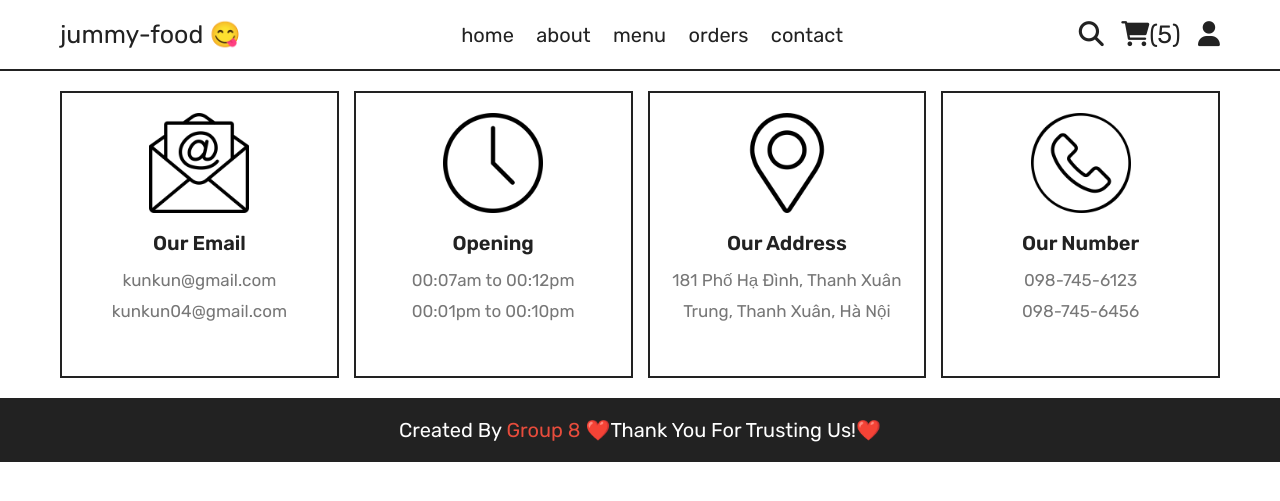
Repository: VuongLinhDinh/jummy_food
Page: register.html
An editor plug-in stored every save of this project. The page is shown before and after the next save, followed by the edit.
The browser window is 1280 px wide. The pictures show the whole page.
Some web libraries are served in a nearby version.

Above is the page before, as saved 2023-11-10 00:13:03.

### register.html
<!DOCTYPE html>
<html lang="en">
<head>
    <meta charset="UTF-8">
    <meta name="viewport" content="width=device-width, initial-scale=1.0">
    <title>Register</title>
    <!-- font awesome cdn link -->
    <link rel="stylesheet" href="https://cdnjs.cloudflare.com/ajax/libs/font-awesome/6.1.1/css/all.min.css">
    <!-- custom css -->
    <link rel="stylesheet" href="./css/style.css">
</head>
<body>
    <!-- header section starts  -->
    <header class="header">
        <section class="flex">
            <a href="home.html" class="logo">jummy-food 😋</a>
            <nav class="navbar">
                <a href="home.html">home</a>
                <a href="about.html">about</a>
                <a href="menu.html">menu</a>
                <a href="orders.html">orders</a>
                <a href="contact.html">contact</a>
            </nav>
            <div class="icons">
                <a href="search.html"><i class="fas fa-search"></i></a>
                <a href="cart.html"><i class="fas fa-shopping-cart"></i><span>(5)</span></a>
                <div id="user-btn" class="fas fa-user"></div>
                <div id="menu-btn" class="fas fa-bars"></div>
            </div>
            <div class="profile">
                <p class="name">Kun Aquero</p>
                <div class="flex">
                    <a href="profile.html" class="btn">profile</a>
                    <a href="#" class="delete-btn">logout</a>
                </div>
                <p class="account"><a href="login.html">login</a> or <a href="login.html">register</a></p>
            </div>
        </section>
    </header>
    <!-- header section end  -->
    <!-- footer section starts  -->
    <footer class="footer">
        <section class="grid">
            <div class="box">
                <img src="images/email-icon.png" alt="">
                <h3>our email</h3>
                <a href="mailto:kunkun@gmail.com">kunkun@gmail.com</a>
                <a href="mailto:kun04@gmail.com">kunkun04@gmail.com</a>
            </div>

            <div class="box">
                <img src="images/clock-icon.png" alt="">
                <h3>opening</h3>
                <p>
                    00:07am to 00:12pm
                    00:01pm to 00:10pm
                </p>
            </div>

            <div class="box">
                <img src="images/map-icon.png" alt="">
                <h3>our address</h3>
                <a href="https://www.google.com/maps/place/181+P.+H%E1%BA%A1+%C4%90%C3%ACnh,+H%E1%BA%A1+%C4%90%C3%ACnh,+Thanh+Xu%C3%A2n,+H%C3%A0+N%E1%BB%99i,+Vi%E1%BB%87t+Nam/@20.9891313,105.8056888,17z/data=!3m1!4b1!4m5!3m4!1s0x3135ac952468595f:0xd4c0347109838030!8m2!3d20.9891263!4d105.8082691?hl=vi-VN&entry=ttu">181 Phố Hạ Đình, Thanh Xuân Trung, Thanh Xuân, Hà Nội</a>
            </div>

            <div class="box">
                <img src="images/phone-icon.png" alt="">
                <h3>our number</h3>
                <a href="tel:0987456123">098-745-6123</a>
                <a href="tel:0987456456">098-745-6456</a>
            </div>
        </section>
        <div class="credit">created by <span>group 8</span> ❤️Thank you for trusting us!❤️</div>
    </footer>
    <!-- footer section end  -->
    <!-- custom js file -->
    <script src="./js/script.js"></script>
</body>
</html>

### css/style.css
@import url('https://fonts.googleapis.com/css2?family=Nunito:wght@200;300;400;600;700&family=Rubik:wght@300;400;500;600&display=swap');
:root {
    --yellow: #fed330;
    --red: #e74c3c;
    --white: #fff;
    --black: #222;
    --light-color: #777;
    --border: .2rem solid var(--black);
}
*{
    font-family: 'Rubik', sans-serif;
    margin: 0; padding: 0;
    box-sizing: border-box;
    outline: none; border: none;
    text-decoration: none;
}
*::selection {
    background-color: var(--yellow);
    color: var(--white);
}
::-webkit-scrollbar {
    height: 0.5rem;
    width: 1rem;
}
::-webkit-scrollbar-track {
    background-color: transparent;
}
::-webkit-scrollbar-thumb {
    background-color: var(--yellow);
}
html {
    font-size:  62.5%;
    overflow-x: hidden;
    scroll-behavior: smooth;
    stop-opacity: 7rem;
}
section {
    margin: 0 auto;
    max-width: 1200px;
    padding: 2rem;
}
.title {
    text-align: center;
    margin-bottom: 2.5rem;
    font-size: 4rem;
    color: var(--black);
    text-transform: uppercase;
    text-decoration: underline;
    text-underline-offset: 1rem;
}
.heading {
    display: flex;
    align-items: center;
    justify-content: center;
    gap: 1rem;
    flex-flow: column;
    background-color: var(--black);
    min-height: 20rem;
}
.heading h3 {
    font-size: 4rem;
    color: var(--white);
    text-transform: capitalize;
    margin-top: 2rem;
}
.heading p {
    font-size: 2rem;
}
.heading p a {
    color: var(--light-color);
}
.heading p a:hover {
    text-decoration: underline;
    color: var(--yellow);
}
.heading p span {
    color: var(--light-color);
}
.btn, .delete-btn {
    margin-top: 1rem;
    display: inline-block;
    font-size: 2rem;
    padding: 1rem 3rem;
    opacity: .6;
    cursor: pointer;
}
.btn:hover, .delete-btn:hover {
    /* letter-spacing: .2rem; */
    transition:  .2s linear;
    opacity: 1;
}
.btn {
    background-color: var(--yellow);
    color: var(--black);
    text-transform: capitalize;
}
.delete-btn {
    background-color: var(--red);
    color: var(--white);
}
.header {
    position: sticky;
    top: 0; left: 0; right: 0;
    z-index: 1000;
    background-color: var(--white);
    border-bottom: var(--border);
}
.header .flex {
    display: flex;
    align-items: center;
    justify-content: space-between;
    position: relative;
}
.header .flex .logo {
    font-size: 2.5rem;
    color: var(--black);
}
.header .flex .navbar a {
    font-size: 2rem;
    color: var(--black);
    margin: 0 1rem;

}
.header .flex .navbar a:hover {
    color: var(--yellow);
    text-decoration: underline;
}
.header .flex .icons > * {
    margin-left: 1.5rem;
    font-size: 2.5rem;
    color: var(--black);
    cursor: pointer;
}
.header .flex .icons > *:hover {
    color: var(--yellow);
}
#menu-btn {
    display: none;
}
.header .flex .profile {
    background-color: var(--white);
    border: var(--border);
    padding: 1.5rem;
    text-align: center;
    position: absolute;
    top: 125%; right: 2rem;
    width: 30rem;
    display: none;
    animation: fadeIn .2s linear;
}
.header .flex .profile.active {
    display: block;
}
@keyframes fadeIn {
    0% {
        transform: translateY(1rem);
    }
}
.header .flex .profile .name {
    font-size: 2rem;
    color: var(--black);
    margin-bottom: 1rem;
}
.header .flex .profile .account {
    margin-top: 1rem;
    font-size: 2rem;
    color: var(--light-color);
}
.header .flex .profile .account a {
    color: var(--black);
}
.header .flex .profile .account a:hover {
    color: var(--yellow);
    text-decoration: underline;
}
.hero .slide {
    display: flex;
    align-items: center;
    flex-wrap: wrap-reverse;
    gap: 2rem;
    margin-bottom: 4rem;
}
.hero .slide .image {
    flex: 1 1 40rem;
}
.hero .slide .image img {
    width: 100%;
}
.hero .slide .content {
    flex: 1 1 40rem;
    text-align: center;
}
.hero .slide .content span {
    font-size: 2.5rem;
    color: var(--light-color);
}
.hero .slide .content h3 {
    margin: 1rem 0;
    font-size: 6rem;
    color: var(--black);
    text-transform: capitalize;
}
.swiper-pagination-bullet-active{
    background-color: var(--yellow);
}
.category .box-container {
    display: grid;
    grid-template-columns: repeat(auto-fit, minmax(27rem, 1fr));
    gap: 1.5rem;
    align-items: flex-start;
}
.category .box-container .box {
    border: var(--border);
    padding: 2rem;
    padding-bottom: 5rem;
    text-align: center;
}
.category .box-container .box img {
    width: 100%;
    height: 10rem;
    object-fit: contain;
}
.category .box-container .box h3 {
    font-size: 2rem;
    margin-top: 1.5rem;
    color: var(--black);
    text-transform: capitalize;
}
.category .box-container .box:hover {
    background-color: var(--black);
}
.category .box-container .box:hover img {
    filter: invert(1);
}
.category .box-container .box:hover h3 {
    color: var(--white);
}
.products .box-container {
    display: grid;
    grid-template-columns: repeat(auto-fit, 33rem);
    justify-content: center;
    align-items: flex-start;
    gap: 1.5rem;
}
.products .box-container .box {
    border: var(--border);
    padding: 2rem;
    position: relative;
    overflow: hidden;
    margin-bottom: 1rem;
}
.products .box-container .box img {
    width: 100%;
    height: 25rem;
    object-fit: contain;
}
.products .box-container .box .fa-eye,
.products .box-container .box .fa-shopping-cart {
    position: absolute;
    top: 1rem;
    height: 4.5rem; width: 4.5rem;
    line-height: 4.3rem;
    border: var(--border);
    background-color: var(--white);
    cursor: pointer;
    font-size: 2rem;
    color: var(--black);
    transition: .2s linear;
}
.products .box-container .box .fa-eye:hover,
.products .box-container .box .fa-shopping-cart:hover {
    background-color: var(--black);
    color: var(--white);
}
.products .box-container .box .fa-eye {
    left: -10rem;
}
.products .box-container .box .fa-shopping-cart {
    right: -10rem;
}
.products .box-container .box:hover .fa-eye {
    left: 1rem;
}
.products .box-container .box:hover .fa-shopping-cart {
    right: 1rem;
}
.products .box-container .box .cat {
    font-size: 1.8rem;
    color: var(--light-color);
}
.products .box-container .box .cat:hover {
    color: var(--black);
    text-decoration: underline;
}
.products .box-container .box .name {
    font-size: 2rem;
    color: var(--black);
    margin: 1rem 0;
}
.products .box-container .box .flex {
    display: flex;
    align-items: center;
    gap: 1.5rem;
    margin-top: 1rem;
}
.products .box-container .box .flex .price {
    margin-right: auto;
    font-size: 2.5rem;
    color: var(--black);
}
.products .box-container .box .flex .price span {
    color: var(--light-color);
    font-size: 1.8rem;

}
.products .box-container .box .flex .qty {
    padding: 1rem;
    border: var(--border);
    font-size: 1.8rem;
    color: var(--black);
}
.products .more-btn {
    margin-top: 2rem;
    text-align: center;
}
.about .row {
    display: flex;
    align-items: center;
    flex-wrap: wrap;
    gap: 1.5rem;
}
.about .row .image {
    flex: 1 1 40rem;
}
.about .row .image img {
    width: 100%;
}
.about .row .content {
    flex: 1 1 40rem;
    text-align: center;
}
.about .row .content h3{
    font-size: 3rem;
    color: var(--black);
    text-transform: capitalize;
    margin-bottom: 2rem;
}
.about .row .content p {
    padding: 1rem 0;
    line-height: 2;
    font-size: 1.8rem;
    color: var(--light-color);
}
.about .row .content a {
    text-transform: capitalize;

}
.steps .box-container {
    display: grid;
    grid-template-columns: repeat(auto-fit, minmax(30rem, 1fr));
    gap: 1.5rem;
    align-items: flex-start;
}
.steps .box-container .box {
    text-align: center;
    border: var(--border);
    padding: 2rem;
}
.steps .box-container .box img {
    height: 10rem;
    width: 100%;
    object-fit: contain;
}
.steps .box-container .box h3 {
    font-size: 2.3rem;
    margin: 1rem 0;
    color: var(--black);
    text-transform: capitalize;
}
.steps .box-container .box p {
    line-height: 2;
    font-size: 1.6rem;
    color: var(--light-color);
    text-transform: capitalize;
}
.reviews .slide {
    margin-bottom: 4rem;
    border: var(--border);
    padding: 2rem;
    text-align: center;
}
.reviews .slide img {
    height: 10rem;
    width: 10rem;
    margin-bottom: .5rem;
    border-radius: 50%;
}
.reviews .slide p {
    padding: 1rem 0;
    line-height: 2;
    font-size: 1.5rem;
    color: var(--light-color);
}
.reviews .slide .stars {
    display: inline-block;
    padding: 1rem 2rem;
}
.reviews .slide .stars i {
    font-size: 1.8rem;
    color: var(--yellow);
}
.reviews .slide h3 {
    font-size: 2.5rem;
    margin-top: 1.5rem;
    color: var(--black);
    text-transform: capitalize;
}
.contact .row {
    display: flex;
    align-items: center;
    flex-wrap: wrap;
    gap: 1.5rem;
}
.contact .row .image {
    flex: 1 1 40rem;
}
.contact .row .image img {
    width: 100%;
}
.contact .row form {
    border: var(--border);
    flex: 1 1 40rem;
    padding: 2rem;
    text-align: center;
}
.contact .row form h3 {
    font-size: 2rem;
    color: var(--black);
    margin-bottom: 1rem;
   text-transform: capitalize;
}
.contact .row form .box {
    width: 100%;
    margin: 1rem 0;
    font-size: 1.8rem;
    color: var(--black);
    border: var(--border);
    padding: 1.4rem;
}
.contact .row form textarea {
    height: 15rem;
    resize: none;
}
.search-form form {
    display: flex;
    gap: 1rem;
}
.search-form form .box {
    width: 100%;
    border: var(--border);
    border-radius: 5rem;
    padding: 1.4rem;
    font-size: 1.8rem;
    color: var(--black);
}
.search-form form .fa-search {
    width: 5rem;
    font-size: 3.5rem;
    background-color: var(--white);
    color: var(--black);
    cursor: pointer;
}
.search-form form .fa-search:hover {
    color: var(--yellow);
}





































.footer .grid {
    display: grid;
    grid-template-columns: repeat(auto-fit, minmax(27rem, 1fr));
    gap: 1.5rem;
    align-items: flex-start;
}
.footer .grid .box {
    border: var(--border);
    padding: 2rem;
    padding-bottom: 5rem;
    text-align: center;
}
.footer .grid .box img {
    height: 10rem;
    width: 100%;
    object-fit: contain;
    margin-bottom: .5rem;
}
.footer .grid .box h3 {
    margin: 1rem 0;
    font-size: 2rem;
    color: var(--black);
    text-transform: capitalize;
}
.footer .grid .box p,
.footer .grid .box a {
    display: block;
    font-size: 1.7rem;
    color: var(--light-color);
    line-height: 1.8;
}
.footer .grid .box a:hover {
    text-decoration: underline;
}
.credit {
    padding: 2rem;
    text-align: center;
    background-color: var(--black);
    color: var(--white);
    font-size: 2rem;
    text-transform: capitalize;
}
.credit span {
    color: var(--red);

}

/* media query  */
@media (max-width: 991px) {
    html {
        font-size: 55%;
    }
}
@media (max-width: 768px) {
    #menu-btn {
        display: inline-block;
    }
    .header .flex .navbar {
        position: absolute;
        top: 99%; left: 0; right: 0;
        border-top: var(--border);
        border-bottom: var(--border);
        background-color: var(--white);
        transition:  .2s linear;
        clip-path: polygon(0 0, 100% 0, 100% 0, 0 0);
    }
    .header .flex .navbar a {
        display: block;
        margin: 2rem;
    }
    .header .flex .navbar.active {
        clip-path: polygon(0 0, 100% 0, 100% 100%, 0 100%);
    }
}
@media (max-width: 450px) {
    html {
        font-size: 50%
    }
    .title {
        font-size: 3rem;
    }
    .header .flex .logo {
        font-size: 2rem;
    }
    .hero .slide .content h3 {
        font-size: 5rem;
    }

}

### js/script.js
navbar = document.querySelector('.header .flex .navbar');
document.querySelector('#menu-btn').onclick = () => {
    navbar.classList.toggle('active');
    profile.classList.remove('active');
}
profile = document.querySelector('.header .flex .profile');
document.querySelector('#user-btn').onclick = () => {
    profile.classList.toggle('active');
    navbar.classList.remove('active');
}
window.onscroll = () => {
    navbar.classList.remove('active');
    profile.classList.remove('active');
}

After the next save:
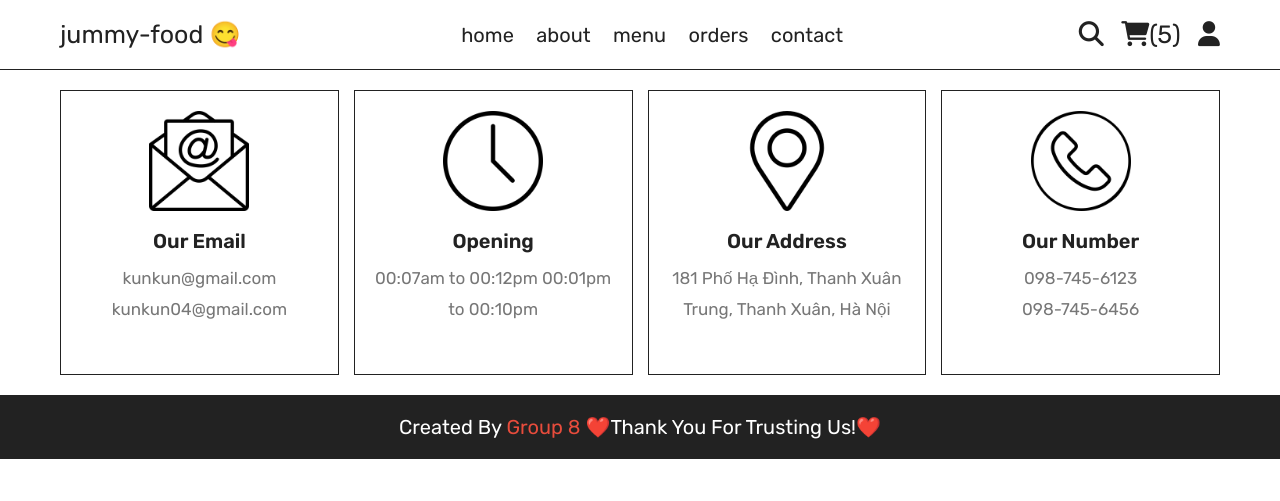
Saved 10 h 28 min later.
--- a/css/style.css
+++ b/css/style.css
@@ -5,7 +5,7 @@
     --white: #fff;
     --black: #222;
     --light-color: #777;
-    --border: .2rem solid var(--black);
+    --border: .1rem solid var(--black);
 }
 *{
     font-family: 'Rubik', sans-serif;
